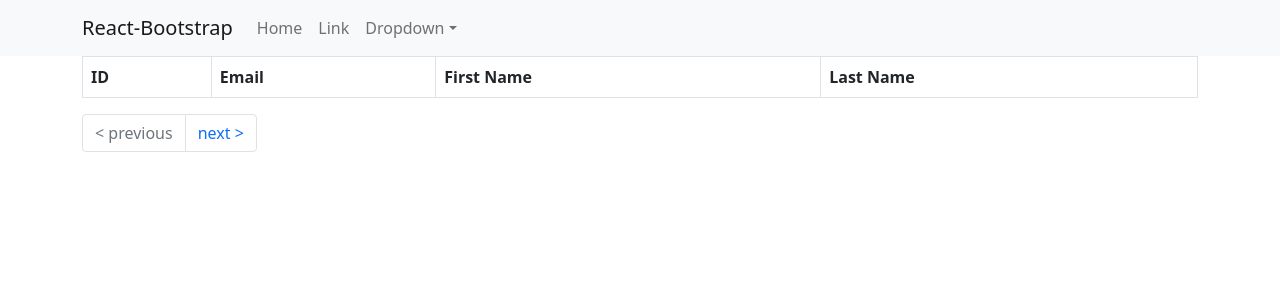
Repository: hieuche123/practice-reactjs
Page: /
These files come from the project's save history. The page is drawn as it stood at one moment and after the next save; the edit follows.
The browser window is 1280 px wide. The pictures show the whole page.
The page's requests for data from a server got no answer. The project was rebuilt for these pictures with package versions that can differ from the ones it lists, and the page was loaded fresh each time. No one was signed in, and anything a server would have sent is missing.

Above is the page before, as saved 2023-03-21 21:21:25.

After the next save:
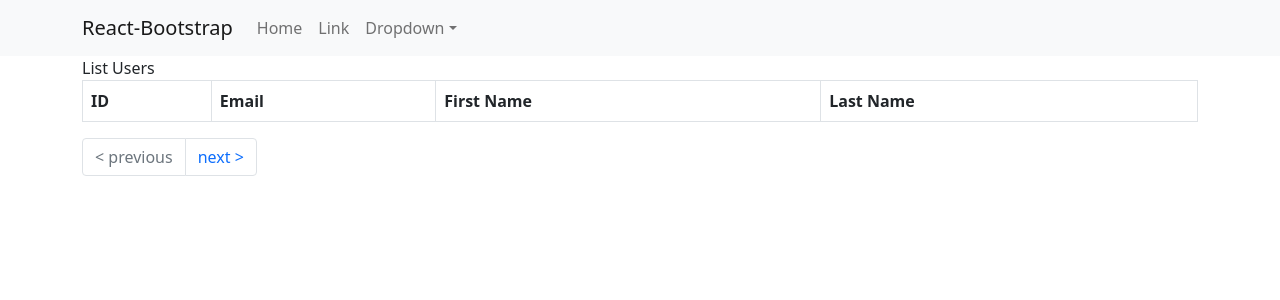
Saved 4 min 43 s later.
--- a/src/App.js
+++ b/src/App.js
@@ -9,6 +9,9 @@ function App() {
     <div className="app-container">
       <Header/>
       <Container>
+        <div>
+          List Users
+        </div>
         <TableUsers/>
       </Container>
     </div>
